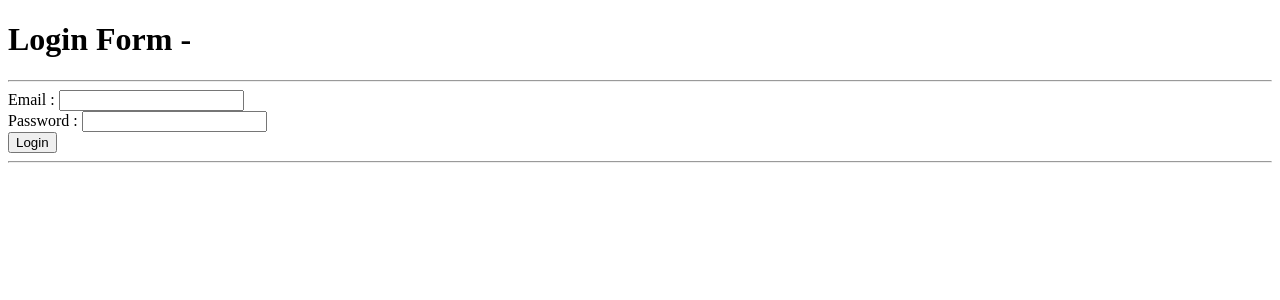
Repository: suraj-repositories/java-practice-2-advance-java-1
Page: http://localhost/Ad_16_SessionIntroduction/
These files come from the project's save history. The page is drawn as it stood at one moment and after the next save; the edit follows.
The browser window is 1280 px wide. The pictures show the whole page.
The page is served by Tomcat 9.

Above is the page before, as saved 2023-07-24 13:53:12.

After the next save:
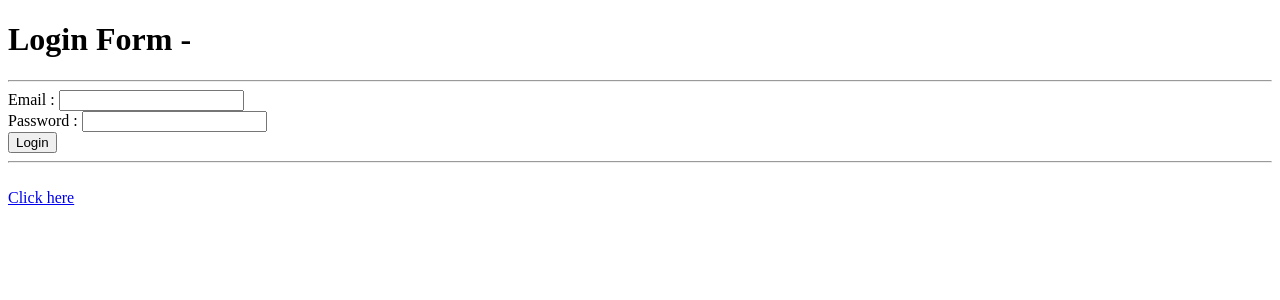
Saved 86 s later.
--- a/Ad_16_SessionIntroduction/src/main/webapp/index.jsp
+++ b/Ad_16_SessionIntroduction/src/main/webapp/index.jsp
@@ -17,10 +17,10 @@
 		<br>
 		<input type="submit" value="Login">
 		<hr>
+	</form>
 
-
-
-	</form>
+	<br>
+	<a href="session">Click here</a>
 
 
 </body>
